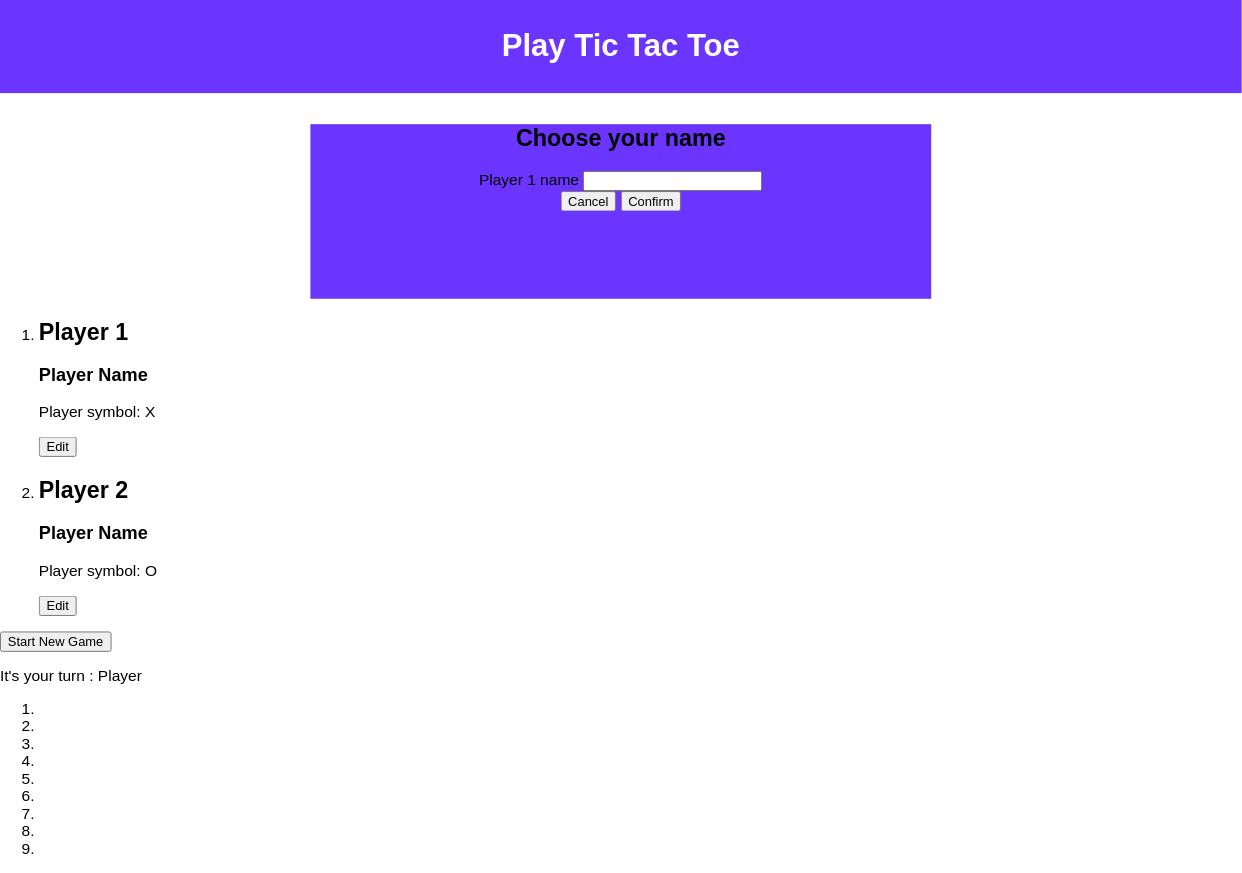
Repository: Harjot00/Wevdev
Page: Tic tac toe/index.html
An editor plug-in stored every save of this project. The page is shown before and after the next save, followed by the edit.
The browser window is 1280 px wide. The pictures show the whole page, at 97% of full size.
Some web fonts or font styles are not loaded; a fallback is used.

Above is the page before, as saved 2022-05-20 23:39:10.

### Tic tac toe/index.html
<!DOCTYPE html>
<html lang="en">
<head>
    <meta charset="UTF-8">
    <meta http-equiv="X-UA-Compatible" content="IE=edge">
    <meta name="viewport" content="width=device-width, initial-scale=1.0">
    <link rel="stylesheet" href="styles.css">
    <link href="https://fonts.googleapis.com/css2?family=Roboto:wght@100&family=Send+Flowers&display=swap" rel="stylesheet">
    <title>Tic Tac Toe</title>

</head>
<body>
    <header>
        <h1>Play Tic Tac Toe</h1>

    </header>
    <main>
        <aside>
            <h2>Choose your name</h2>
            <form >
                <div>
                    <label for = "playername">Player 1 name</label>
                    <input type="text" name="username" id="username"/>

                </div>
                <div>
                    <button type="button"> Cancel</button>
                    <button type="submit">Confirm</button>
                </div>
            </form>
        </aside>
        <div id="gamestyle">
            <ol>
                <li>
                    <h2>Player 1</h2>
                    <h3>Player Name</h3>
                    <p>Player symbol: X</p>
                    <button>Edit</button>
                </li>
                <li>
                    <h2>Player 2</h2>
                    <h3>Player Name</h3>
                    <p>Player symbol: O</p>
                    <button>Edit</button>
                </li>
            </ol>
            <button>Start New Game</button>
        </div>
         <section id="active-game">
             <p>It's your turn : Player</p>
             <ol>
                 <li></li>
                 <li></li>
                 <li></li>
                 <li></li>
                 <li></li>
                 <li></li>
                 <li></li>
                 <li></li>
                 <li></li>
             </ol>
         </section>
    </main>

</body>
</html>

### Tic tac toe/styles.css
@import url('https://fonts.googleapis.com/css2?family=Roboto:wght@100&family=Send+Flowers&display=swap');
body{
    font-family: 'Montserrat', sans-serif;
    margin: 0;
    padding: 0;
}
header{
    background-color: #6b35ff;
    margin:0 0 2rem 0;
    padding: 0.5rem 0;
    color:white;
    text-align: center;
}
aside {
    text-align: center;
    margin:1rem auto;
    width:50vw;
    height:25vh;
    background-color:#6b35ff;
}

After the next save:
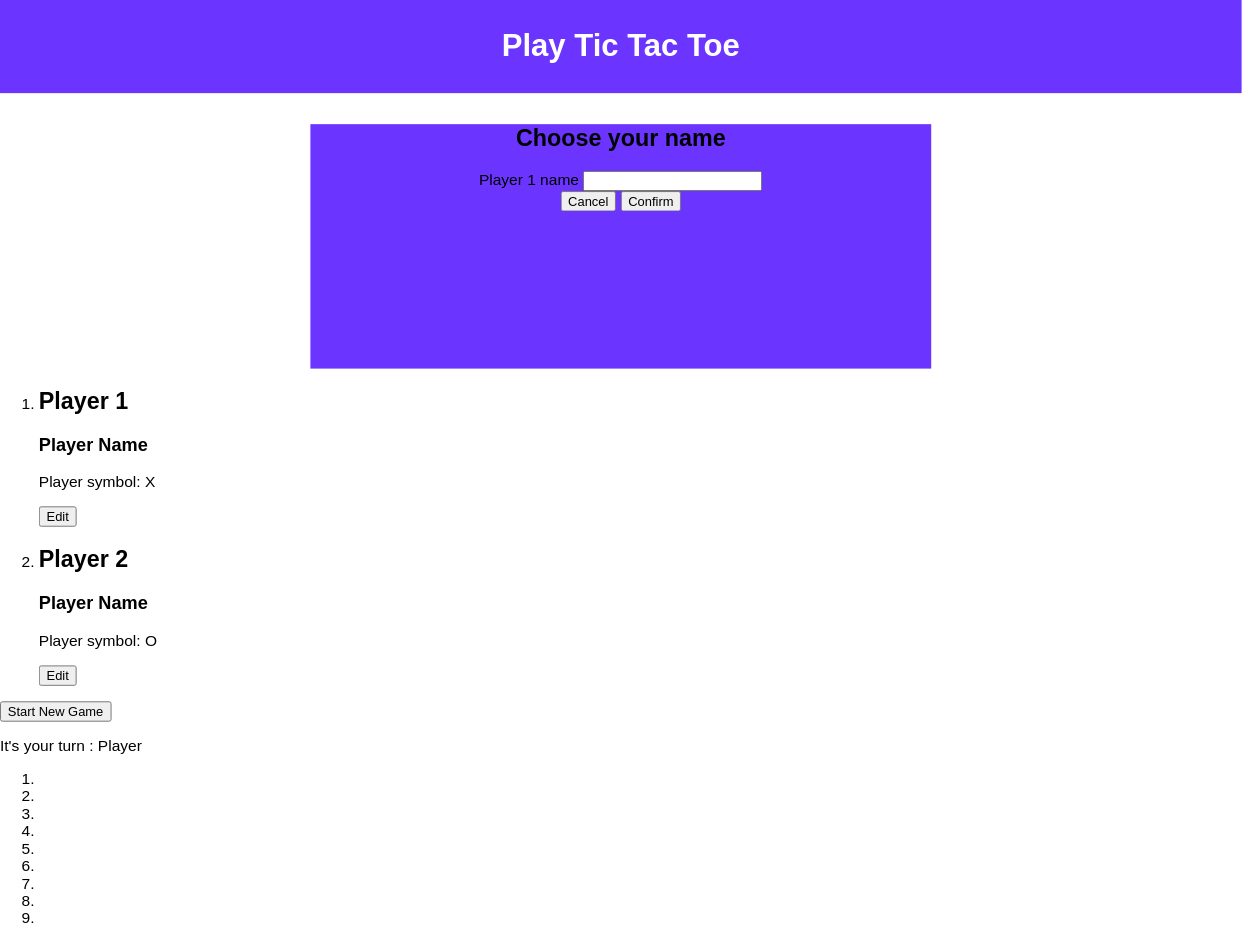
Saved 8 s later.
--- a/Tic tac toe/styles.css
+++ b/Tic tac toe/styles.css
@@ -15,6 +15,6 @@ aside {
     text-align: center;
     margin:1rem auto;
     width:50vw;
-    height:25vh;
+    height:35vh;
     background-color:#6b35ff;
 }

After the save that followed:
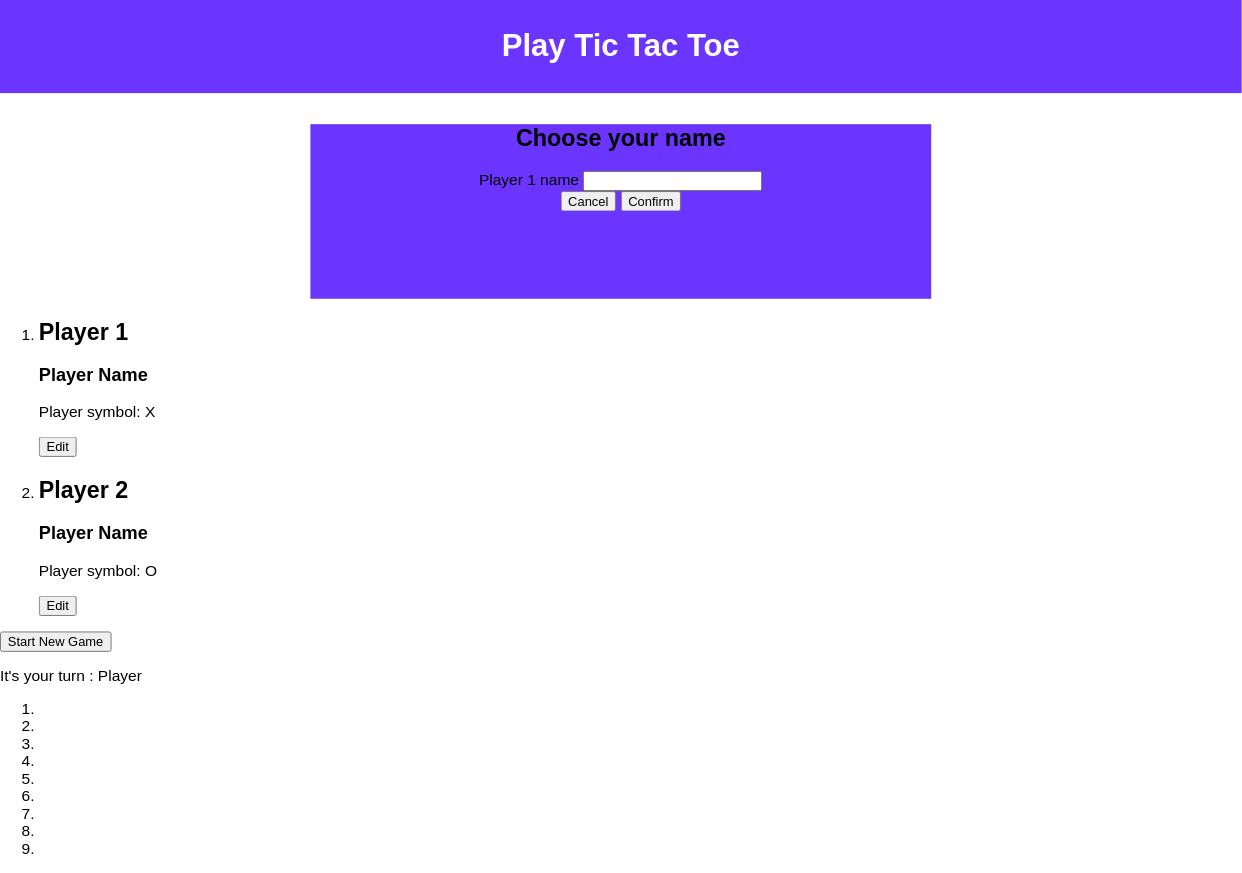
Saved 5 s later.
--- a/Tic tac toe/styles.css
+++ b/Tic tac toe/styles.css
@@ -15,6 +15,6 @@ aside {
     text-align: center;
     margin:1rem auto;
     width:50vw;
-    height:35vh;
+    height:25vh;
     background-color:#6b35ff;
 }
